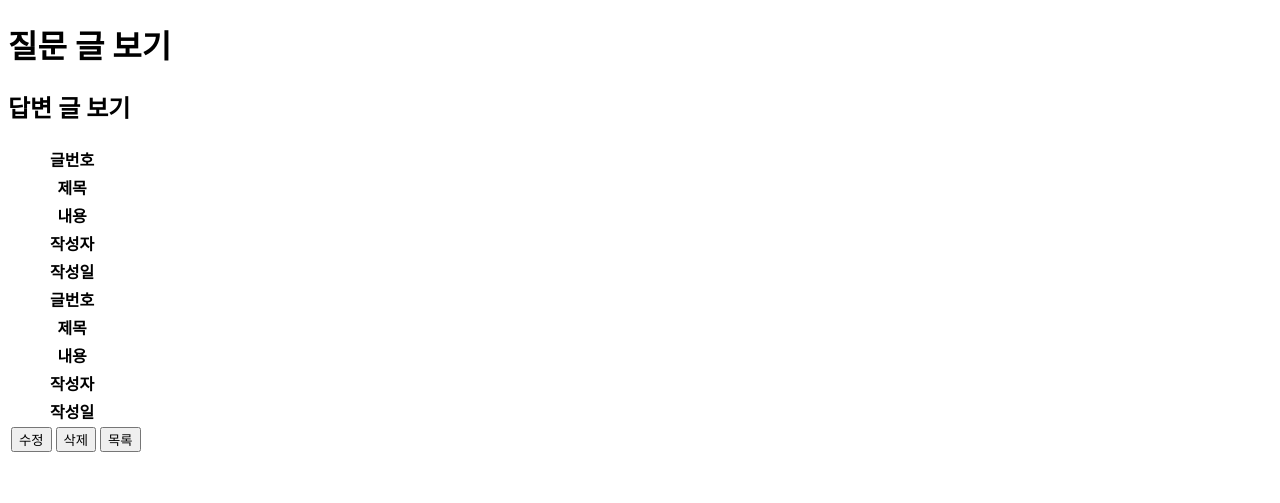
Repository: xo461/test
Page: http://localhost/cafeatte/WEB-INF/views/qna/view2.jsp
The author's editor kept a copy of each file at every save. The page is drawn from the files as they stood at one save, then again after the next save.
The browser window is 1280 px wide. The pictures show the whole page.
The page is served by Tomcat 9. Nobody is signed in. The template is opened directly, without the code that normally fills it, so the values that code supplies are empty.

Above is the page before, as saved 2020-01-02 04:48:26.
Console error: ReferenceError: $ is not defined

After the next save:
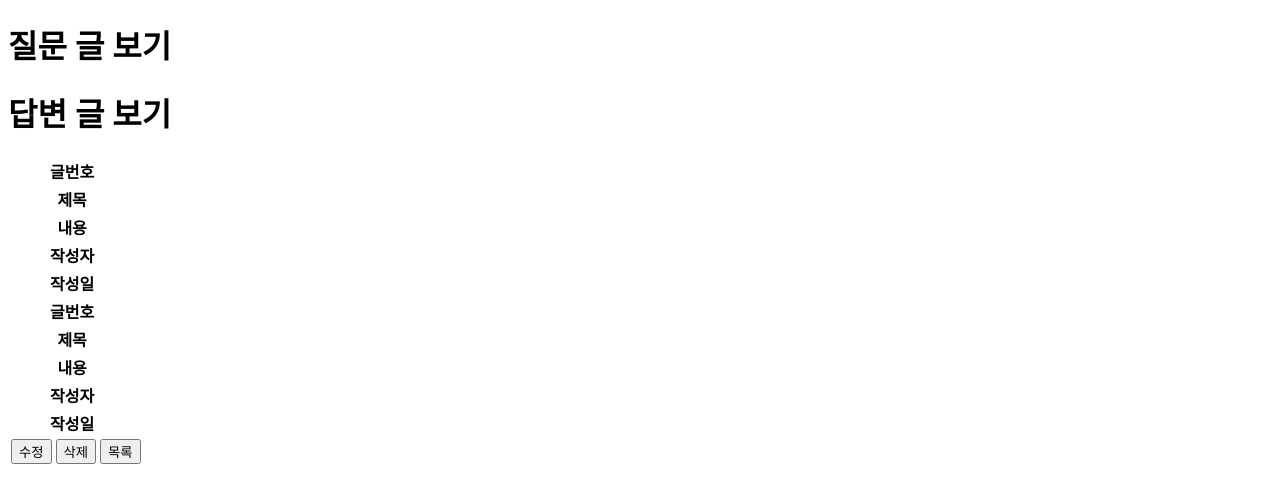
Saved 3 min 51 s later.
--- a/web/cafeatte/WebContent/WEB-INF/views/qna/view2.jsp
+++ b/web/cafeatte/WebContent/WEB-INF/views/qna/view2.jsp
@@ -45,7 +45,7 @@ $(function() {
 </tr>
 
 
-<h2>답변 글 보기</h2>
+<h1>답변 글 보기</h1>
 
 <tr>
 	<th>글번호</th><td>${dto1.no }</td>
